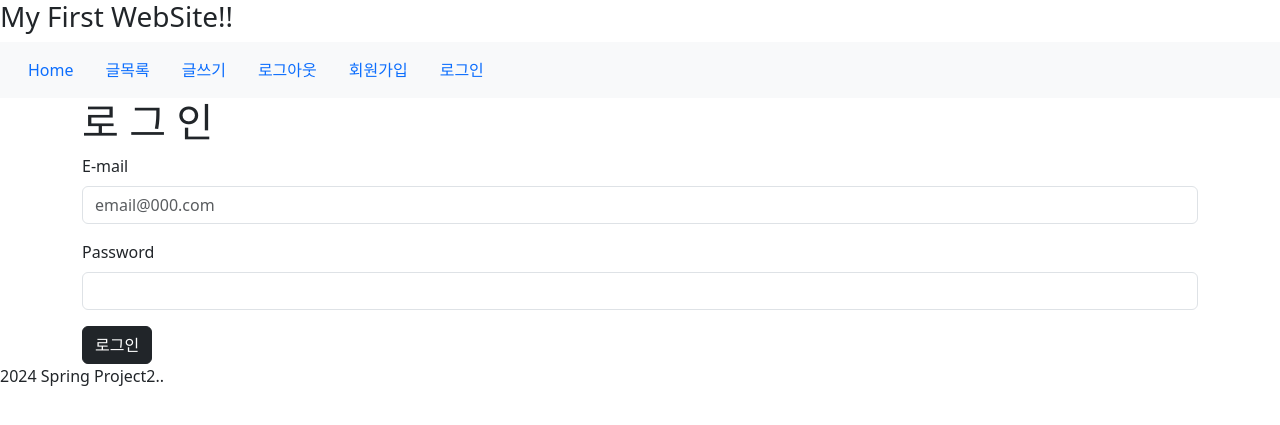
Repository: nefer2/Spring_Study
Page: http://localhost/spring_test2/WEB-INF/views/member/login.jsp
The author's editor kept a copy of each file at every save. The page is drawn from the files as they stood at one save, then again after the next save.
The browser window is 1280 px wide. The pictures show the whole page.
The page is served by Tomcat 9. Nobody is signed in. Other server files are loaded and not shown. The template is opened directly, without the code that normally fills it, so the values that code supplies are empty.

Above is the page before, as saved 2024-01-15 04:21:18.

### spring_test2/src/main/webapp/WEB-INF/views/member/login.jsp
<%@ page language="java" contentType="text/html; charset=UTF-8"
    pageEncoding="UTF-8"%>
<%@ taglib uri="http://java.sun.com/jsp/jstl/core" prefix="c" %>

<jsp:include page="../layout/header.jsp"></jsp:include>
<jsp:include page="../layout/navbar.jsp"></jsp:include>

<div class="container-md">
<h1>로  그  인</h1>

<form action="/member/login" method="post">
<div class="mb-3">
  <label for="email" class="form-label">E-mail</label>
  <input type="email" name="email" class="form-control" id="email" placeholder="email@000.com">
</div>
<div class="mb-3">
  <label for="password" class="form-label">Password</label>
  <input type="password" name="pwd" class="form-control" id="pwd">
</div>

<c:if test="${not empty param.errMsg }">
	<div class="mb-3 text-danger">
		<c:choose>
			<c:when test="${errMsg eq 'Bad credentials' }">
				<c:set value="이메일 & 비밀번호가 일치하지 않습니다." var="errText"></c:set>
			</c:when>
			<c:otherwise>
				<c:set value="관리자에게 문의해주세요." var="errText"></c:set>
			</c:otherwise>
		</c:choose>
		${errText }
	</div>
</c:if>

<button type="submit" class="btn btn-dark" >로그인</button>
</form>
</div>


<jsp:include page="../layout/footer.jsp"></jsp:include>

### spring_test2/src/main/webapp/WEB-INF/views/layout/header.jsp
<%@ page language="java" contentType="text/html; charset=UTF-8"
    pageEncoding="UTF-8"%>
<!DOCTYPE html>
<html>

<head>
<h3>My First WebSite!!</h3>
</head>

### spring_test2/src/main/webapp/WEB-INF/views/layout/navbar.jsp
<%@ page language="java" contentType="text/html; charset=UTF-8"
    pageEncoding="UTF-8"%>
<%@ taglib uri="http://www.springframework.org/security/tags" prefix ="sec" %>


<script src="https://cdn.jsdelivr.net/npm/bootstrap@5.3.1/dist/js/bootstrap.bundle.min.js" integrity="sha384-HwwvtgBNo3bZJJLYd8oVXjrBZt8cqVSpeBNS5n7C8IVInixGAoxmnlMuBnhbgrkm" crossorigin="anonymous"></script>
<link href="https://cdn.jsdelivr.net/npm/bootstrap@5.3.1/dist/css/bootstrap.min.css" rel="stylesheet" integrity="sha384-4bw+/aepP/YC94hEpVNVgiZdgIC5+VKNBQNGCHeKRQN+PtmoHDEXuppvnDJzQIu9" crossorigin="anonymous">

    <nav class="navbar navbar-expand-lg bg-body-tertiary">
  <div class="container-fluid">
    <button class="navbar-toggler" type="button" data-bs-toggle="collapse" data-bs-target="#navbarNav" aria-controls="navbarNav" aria-expanded="false" aria-label="Toggle navigation">
      <span class="navbar-toggler-icon"></span>
    </button>
    <div class="collapse navbar-collapse" id="navbarNav">
      <ul class="nav justify-content-center">
        <li class="nav-item">
          <a class="nav-link active" href="/">Home</a>
        </li>
        <li class="nav-item">
          <a class="nav-link" href="/board/list">글목록</a>
        </li>

        <!-- 현재 인증한 사용자의 정보를 가져와서 해당 권한이 있는지 체크-->
        <li class="nav-item">
          <a class="nav-link" href="/board/register">글쓰기</a>
        </li>

        <li class="nav-item">
          <a class="nav-link" href="#" id="logoutLink">로그아웃</a>
          <form action="/member/logout" method="post" id="logoutForm">
          	<!-- 인증 된 이메일 -->
          	<input type="hidden" name="email" value="${ses.email }">

          </form>
        </li>

        <li class="nav-item">
          <a class="nav-link" href="/member/register">회원가입</a>
        </li>
        <li class="nav-item">
          <a class="nav-link" href="/member/login">로그인</a>
        </li>
      </ul>
    </div>
  </div>
</nav>

### spring_test2/src/main/webapp/WEB-INF/views/layout/footer.jsp
<%@ page language="java" contentType="text/html; charset=UTF-8"
    pageEncoding="UTF-8"%>



<div>2024 Spring Project2..</div>



</body>
</html>

After the next save:
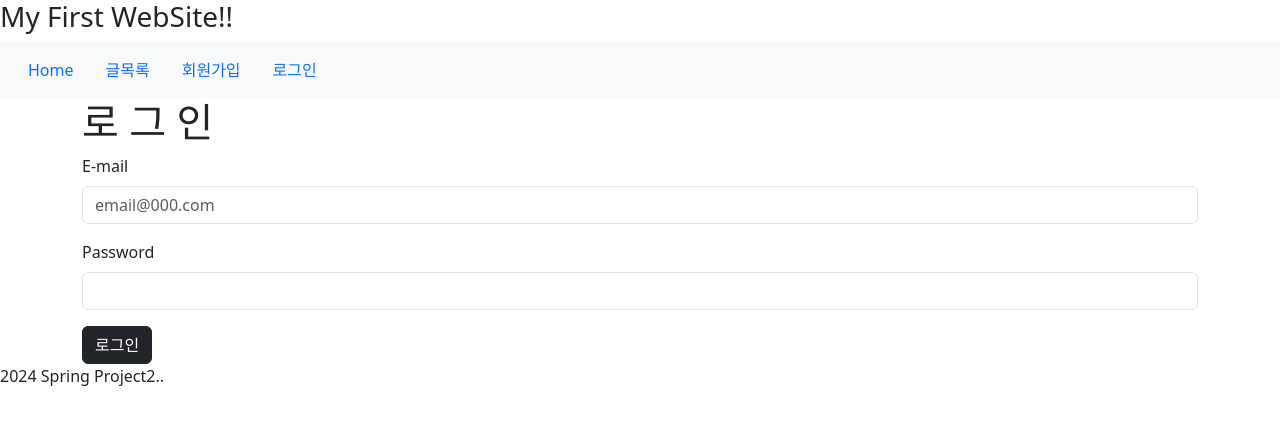
Saved 74 s later.
--- a/spring_test2/src/main/webapp/WEB-INF/views/layout/navbar.jsp
+++ b/spring_test2/src/main/webapp/WEB-INF/views/layout/navbar.jsp
@@ -21,6 +21,8 @@
         </li>
 
         <!-- 현재 인증한 사용자의 정보를 가져와서 해당 권한이 있는지 체크-->
+        <!-- 현재 사용자의 정보는 principal -->
+        <sec:authorize access="isAu">
         <li class="nav-item">
           <a class="nav-link" href="/board/register">글쓰기</a>
         </li>
@@ -32,6 +34,7 @@
           	<input type="hidden" name="email" value="${ses.email }">
 
           </form>
+          </sec:authorize>
         </li>
 
         <li class="nav-item">
